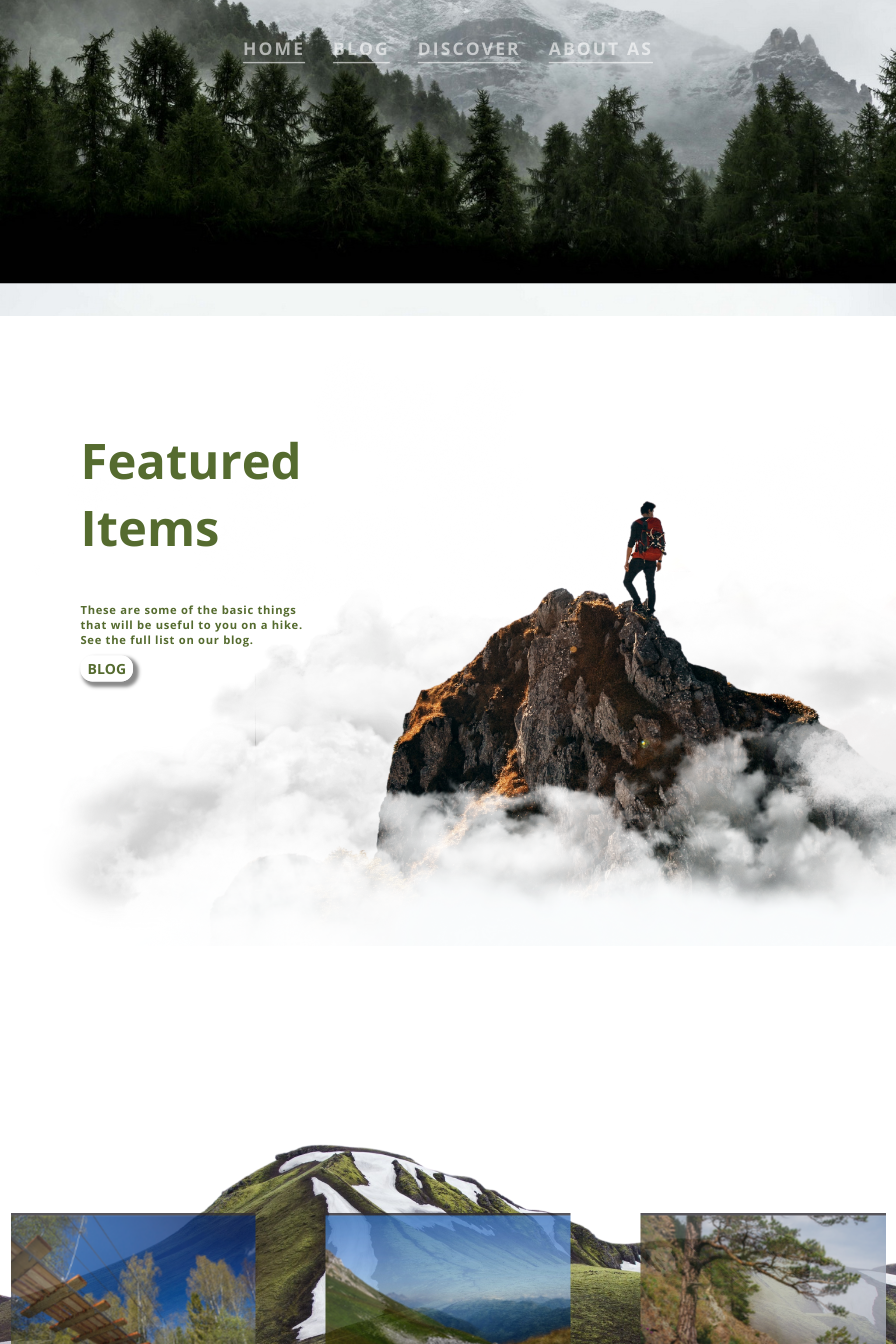
Repository: artembundin/travelrus.github.io
Page: index.html
The author's editor kept a copy of each file at every save. The page is drawn from the files as they stood at one save, then again after a run of saves.
The browser window is 1280 px wide. The pictures show the part of the page from y = 448 to 2368 px (the page is 4792 px tall), at 70% of full size.
A picture or video elsewhere on the page could not be fetched, so the positions and the page height are approximate. An inner scrolling area shows only its first screen. Backgrounds fixed to the window are drawn as part of the page. Some web fonts or font styles are not loaded; a fallback is used.

Above is the page before, as saved 2025-05-08 02:07:58.
Console error: TypeError: Cannot read properties of null (reading 'offsetTop')

After the next 6 saves:
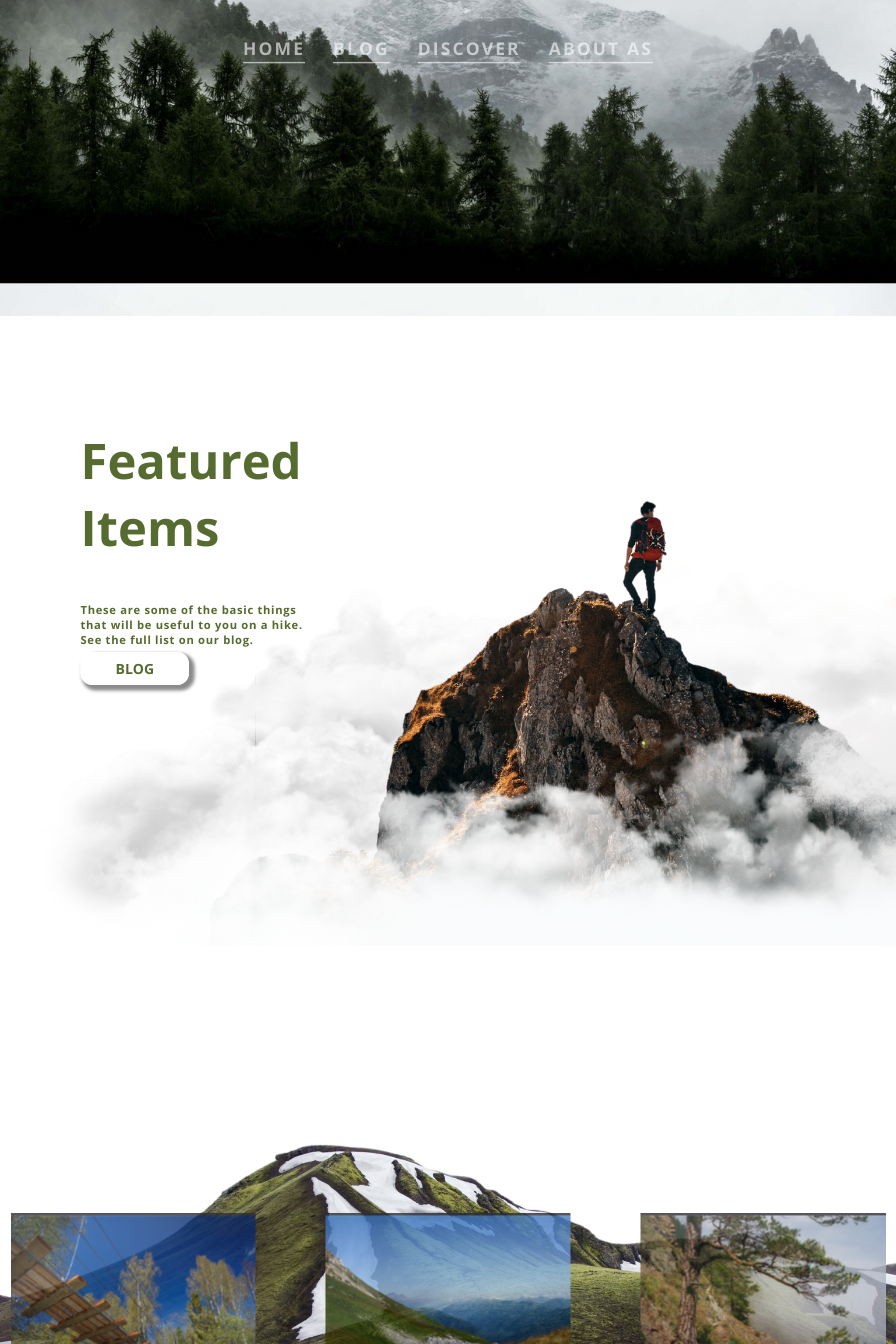
The 6 saves are shown as one change because they came seconds apart.
The last was saved 15 s later.
--- a/style.css
+++ b/style.css
@@ -172,11 +172,7 @@ a {
 
 .btn_list {
   text-align: center;
-  padding: 5px 10px;
-  width: 200px;
-  height: 30px;
-  top: 550px ;
-  right: 430px;
+  padding: 10px 50px;
   font-size: 20px;
   color: darkolivegreen;
 
